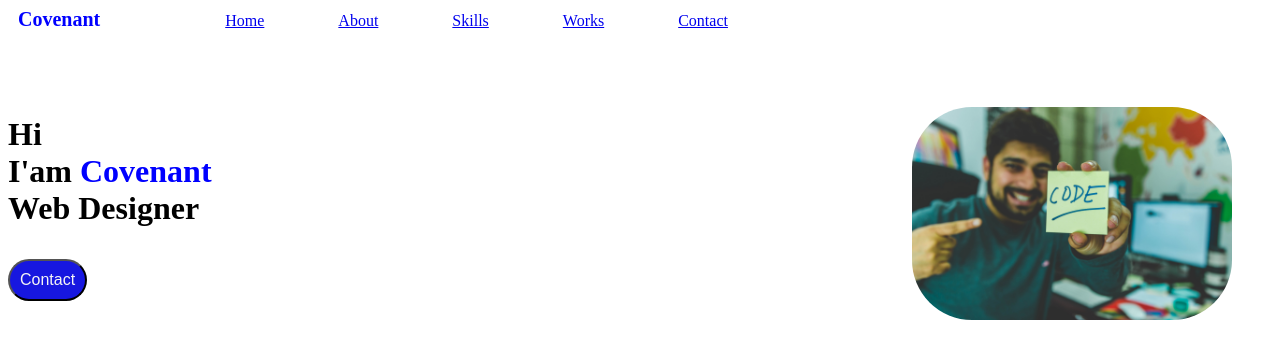
Repository: Tobby004/bdc-assignment-1
Page: index.html
These files come from the project's save history. The page is drawn as it stood at one moment and after the next save; the edit follows.
The browser window is 1280 px wide. The pictures show the whole page.

Above is the page before, as saved 2023-02-09 10:36:19.

After the next save:
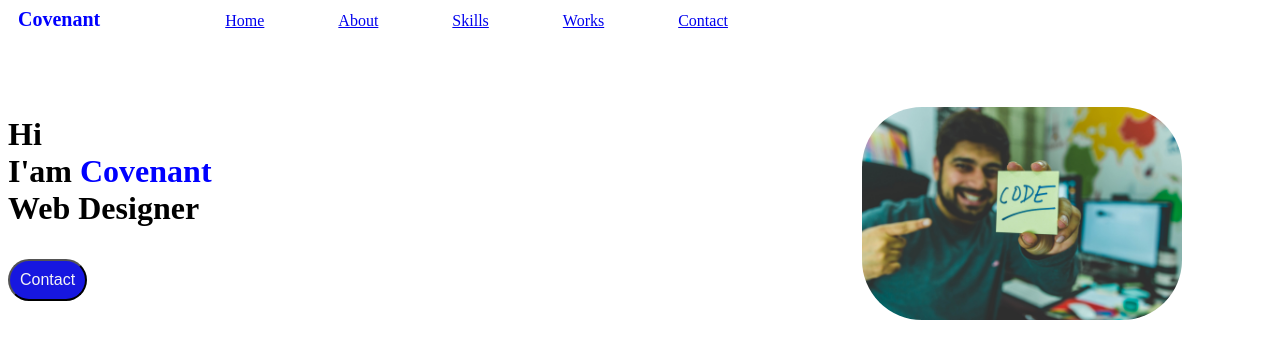
Saved 2 min 1 s later.
--- a/task.css
+++ b/task.css
@@ -25,6 +25,9 @@ img{
     padding: 40px;
     float: right;
     border-radius: 100px;
+    display: flexbox;
+    margin-left: 20px;
+    margin-right: 50px;
 
 }
 h1 b {
